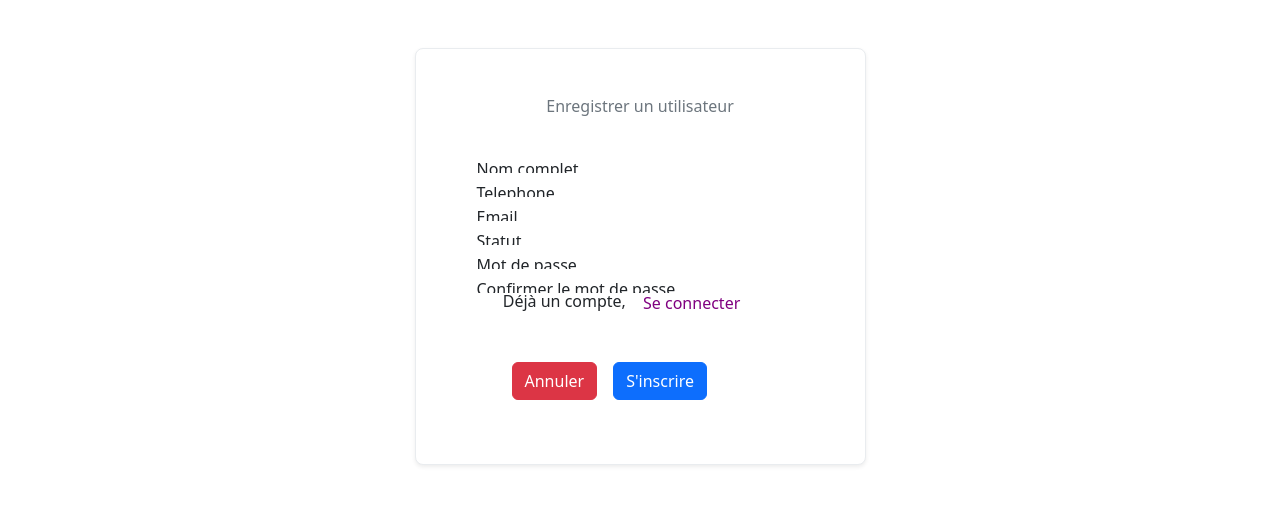
Repository: Senare1/PlaintEasy
Page: accounts/templates/accounts/signup.html
These files come from the project's save history. The page is drawn as it stood at one moment and after the next save; the edit follows.
The browser window is 1280 px wide. The pictures show the whole page.
The template is drawn by Django 4.2. The application's start-up code is not run. Other server files are loaded and not shown. The template is opened directly, without the code that normally fills it, so the values that code supplies are empty.

Above is the page before, as saved 2024-08-10 13:18:26.

### accounts/templates/accounts/signup.html
<!DOCTYPE html>
<html lang="en">
<head>
    <meta charset="UTF-8">
    <meta name="viewport" content="width=device-width, initial-scale=1.0">
    <title>Login to ClariSolve</title>
    <link href="https://cdn.jsdelivr.net/npm/bootstrap@5.3.0/dist/css/bootstrap.min.css" rel="stylesheet" />
    <link rel="stylesheet" href="https://cdnjs.cloudflare.com/ajax/libs/bootstrap-icons/1.10.0/font/bootstrap-icons.min.css">
    <link rel="stylesheet" href="https://cdnjs.cloudflare.com/ajax/libs/font-awesome/5.15.3/css/all.min.css" />
    <style>
        a.btn:hover{
            color:khaki
        }
        a.btn{
            color:purple;
        }
    </style>
</head>
<body>

    <section class="py-3 py-md-5">
        <div class="container">
          <div class="row justify-content-center">
            <div class="col-12 col-sm-10 col-md-8 col-lg-6 col-xl-5 col-xxl-4">
              <div class="card border border-light-subtle rounded-3 shadow-sm">
                <div class="card-body p-3 p-md-4 p-xl-5">

                  <h2 class="fs-6 fw-normal text-center text-secondary mb-4">Enregistrer un utilisateur</h2>
                  <form method="POST">
                    {% csrf_token %}
                    <div class="row gy-2 overflow-hidden">

                        <div class="col-12">
                            <div class="form-floating mb-3">
                                {{ form.full_name }}
                                <label for="id_full_name" class="form-label">Nom complet</label>
                            </div>
                        </div>

                        <div class="col-12">
                            <div class="form-floating mb-3">
                              {{ form.phone }}
                              <label for="id_phone" class="form-label">Telephone</label>
                            </div>
                          </div>


                          <div class="col-12">
                            <div class="form-floating mb-3">
                              {{ form.email }}
                              <label for="id_email" class="form-label">Email</label>
                            </div>
                          </div>

                          <div class="col-12">
                            <div class="form-floating mb-3">
                              {{ form.status }}
                              <label for="id_status" class="form-label mb-1">Statut</label>
                            </div>
                          </div>

                        <div class="col-12">
                            <div class="form-floating mb-3">
                            {{ form.password1 }}
                            <label for="id_password1" class="form-label">Mot de passe</label>
                            </div>
                        </div>

                      <div class="col-12">
                        <div class="form-floating mb-3">
                          {{ form.password2 }}
                          <label for="id_password2" class="form-label">Confirmer le mot de passe</label>
                        </div>
                      </div>

                      <div class="row mt-2 text-center">
                        <p>
                            Déjà un compte, <a class="btn btn-white text-decoration-none" href="{% url 'login_email' %}">Se connecter</a></p>
                    </div>

                      {% if form.non_field_errors %}
                      <div class="row mt-3">
                          <div class="col-12 alert alert-info alert-dismissible fade show mb-3 rounded-pill w-75" style="color: red;" role="alert">
                              {{ form.non_field_errors }}
                              <button type="button" class="btn-close" data-bs-dismiss="alert" aria-label="Close"></button>
                          </div>
                      </div>
                      {% endif %}
                      <div class="col-12">
                        <div class="d-flex my-3 px-3 mx-3">
                          <button class="btn btn-danger btn-md mx-3" type="reset">Annuler</button>
                          <button class="btn btn-primary btn-md" type="submit">S'inscrire</button>
                        </div>
                      </div>
                    </div>
                  </form>
                </div>
              </div>
            </div>
          </div>
        </div>
      </section>

    <script src="https://cdn.jsdelivr.net/npm/bootstrap@5.3.0/dist/js/bootstrap.bundle.min.js"></script>
</body>
</html>

After the next save:
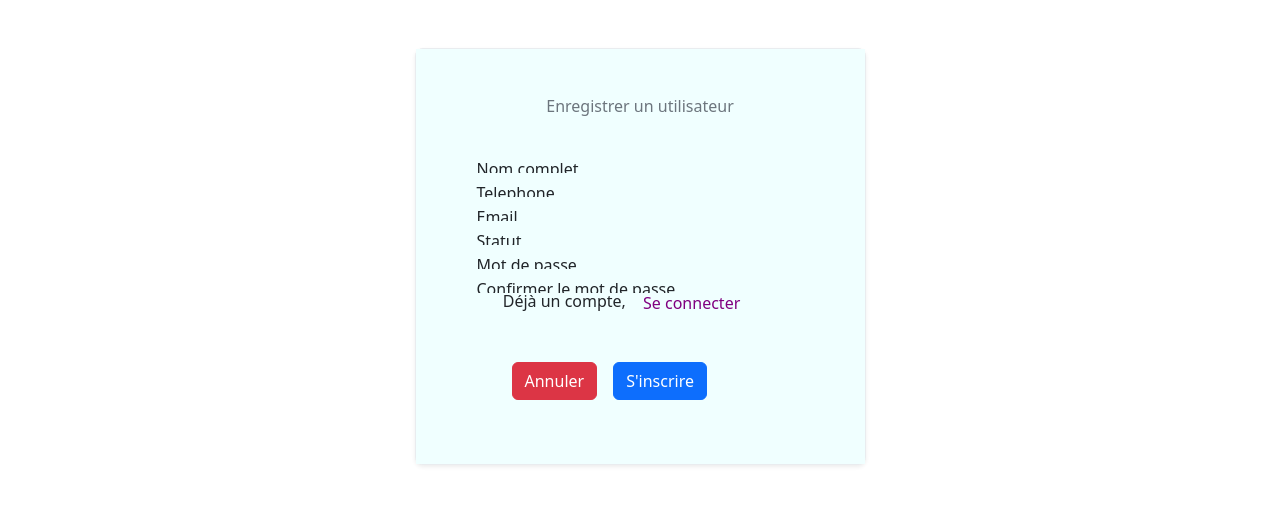
Saved 102 s later.
--- a/accounts/templates/accounts/signup.html
+++ b/accounts/templates/accounts/signup.html
@@ -23,7 +23,7 @@
           <div class="row justify-content-center">
             <div class="col-12 col-sm-10 col-md-8 col-lg-6 col-xl-5 col-xxl-4">
               <div class="card border border-light-subtle rounded-3 shadow-sm">
-                <div class="card-body p-3 p-md-4 p-xl-5">
+                <div class="card-body p-3 p-md-4 p-xl-5" style="background-color: azure;">
 
                   <h2 class="fs-6 fw-normal text-center text-secondary mb-4">Enregistrer un utilisateur</h2>
                   <form method="POST">
